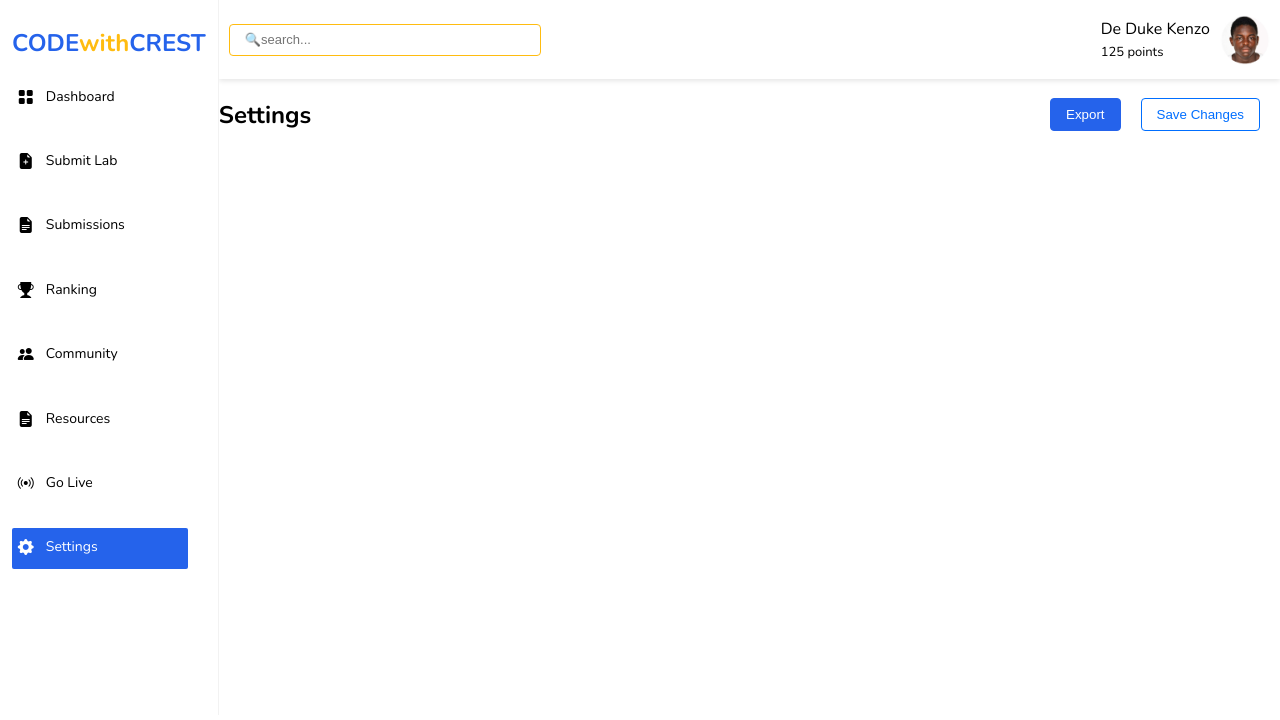
Repository: CarlTeclancing/codewithcrest
Page: /dashboard/settings
These files come from the project's save history. The page is drawn as it stood at one moment and after the next save; the edit follows.
The browser window is 1280 px wide. The pictures show the whole page.
The project was rebuilt for these pictures with package versions that can differ from the ones it lists, and the page was loaded fresh each time. Also part of the build but not shown: vite.config.js, src/pages/Dashboard/dashboard.css, globals.js, src/pages/Dashboard/Dashboard.jsx, src/pages/ranking/ranking.css, src/components/UserCard.jsx, src/pages/ranking/Ranking.jsx, src/components/GuideLines.jsx and 18 more.

Above is the page before, as saved 2025-09-10 14:19:57.

### index.html
<!doctype html>
<html lang="en">
  <head>
    <meta charset="UTF-8" />
    <link rel="icon" type="image/svg+xml" href="./src/assets/react.svg" />
    <meta name="viewport" content="width=device-width, initial-scale=1.0" />
    <title>CODEwithCREST</title>
    <link rel="stylesheet" href="https://cdn.jsdelivr.net/npm/bootstrap-icons@1.13.1/font/bootstrap-icons.min.css">
    <!-- fonts-->
     <link rel="preconnect" href="https://fonts.googleapis.com">
     <link rel="preconnect" href="https://fonts.gstatic.com" crossorigin>
     <link href="https://fonts.googleapis.com/css2?family=Nunito:ital,wght@0,200..1000;1,200..1000&display=swap" rel="stylesheet">
  </head>
  <body>
    <div id="root"></div>
    <script type="module" src="/src/main.jsx"></script>
  </body>
</html>

### src/main.jsx
import { StrictMode } from 'react'
import { createRoot } from 'react-dom/client'
import './index.css'
import App from './App.jsx'
import 'react-responsive-modal/styles.css';


createRoot(document.getElementById('root')).render(
  <StrictMode>
    <App/>
  </StrictMode>,
)

### src/index.css
:root {
  /* CSS variables */
   --primary-color: #5B0C4E;
   --primary-color-hover: #5b0c4edc;
   --bg-color: #FFFAFE;
   --bg-white: #ffffff;
   --text-color: #262626;
   --border-color: #93B4FD;
   --bg-tab: #DECADB;

   --pending: #EA5254;
   --completed: #3CDA7D;
   --in-progress: #F9BD3B;

   --primary-white-color: white;
   --primary-black-color: black;
   --primary-error-color: red;
 }

body{
  /* border: solid 1px blue; */
  margin: 0%;
  width: 100%;
  height: auto;
  /* display: flex; */
  /* justify-content: center; */
  font-family: "Nunito", sans-serif;
  font-optical-sizing: auto;
  font-weight: 400;
  font-style: normal;
  overflow-x: hidden;
}
/* .post{
  width: 80%;
  display: flex;
  flex-direction: row;
  flex-wrap: wrap;
  align-items: center;
  justify-content: center;
}
.individual-post{
  width: 500px;
  height: auto;
  background-color: rgba(0, 0, 0, 0.05);
  margin: 12px;
  padding: 24px;
  border-radius: 12px;
  border: 1px solid rgba(0, 0, 0, 0.05);
  color: black;
} */

### src/App.jsx
import React  from 'react'
import { createBrowserRouter, RouterProvider ,Route ,Routes } from 'react-router-dom'

import Dashboard from './pages/Dashboard/Dashboard.jsx'
import Ranking from './pages/ranking/Ranking.jsx'
import Submission from './pages/submission/Submission.jsx'

import SubmitLab from './pages/submitLab/SubmitLab.jsx'
import Community from './pages/community/Community.jsx'
import Resources from './pages/resources/Resources.jsx'
import Assistant from './pages/assistant/Assistant.jsx'
import Login from './pages/auths/login/Login.jsx'
import Register from './pages/auths/register/_Register.jsx'
import PersonalInfo from './pages/auths/register/PersonalInfoForm.jsx'
import Experience from './pages/auths/register/ExperienceForm.jsx'
import Program from './pages/auths/register/ProgramForm.jsx'
import { UserProvider } from './providers/userProvider.jsx'
import DashboardLayout from './Layout/DashboardLayout.jsx'
import Subscribe from './pages/subscribe/Subscribe.jsx'
import GoLive from './pages/golive/GoLive.jsx'
import Setting from './pages/settings/Setting.jsx'

function App() {

  const router = createBrowserRouter([
    {path:'/', element:<Login />},
    // No landing page
    // Auth pages
    {path:'/login',  index:true,element:<Login />},
    {path:'/register', element:<Register />},
    {path:'/personal-information', element:<PersonalInfo />},
    {path:'/program', element:<Program />},
    {path:'/experience', element:<Experience/>},

    // Subscribtion page
    {
      path:'/subscribe',
      element:<Subscribe/>
    },

    // Dashboard pages
    {
      path:'/dashboard',
      element:<DashboardLayout/>,
      children:[
        {
          index:true,
          element:<Dashboard/>
        },
        {path:'submissions', element:<Submission />},
        {path:'submitlab', element:<SubmitLab />},
        {path:'community', element:<Community />},
        {path:'ranking', element:<Ranking />},
        {path:'resources', element:<Resources />},
        {path:'golive', element:<GoLive />},
        {path:'settings', element:<Setting />},

      ]
    },

    // {path:'/ranking', element:<Ranking />},
    // {path:'/bugtracking', element:<BugTracking />},
    // {path:'/hello', element:<Hello />},
    // {path:'/assistant', element:<Assistant />}

  ]);

  return (
    <>
      <UserProvider>
        <RouterProvider router={router} />
      </UserProvider>
    </>
  )
}

export default App

const Temp = () => {
  return(
    <>
      testing temp comp
    </>
  )
}

### src/providers/userProvider.jsx
import React ,{createContext ,useState} from "react";


const UserContext = createContext()

export const UserProvider = ({children}) => {
    const [user ,setUser] = useState()

    return (<UserContext.Provider value={{user:user ,setUser:setUser}}  >{children}</UserContext.Provider>)
}

export default UserContext

### src/Layout/DashboardLayout.jsx
import React from "react";
import Sidebar from "../components/Sidebar";
import { Outlet } from "react-router-dom";
import Header from "../components/Header";
import '../styles/layout.css'


const DashboardLayout = () => {
    return(
        <React.Fragment>
            <div style={{border:'solid 0px blue',display:'flex' }}>
                <Sidebar/>

                <div style={{border:'solid 0px red' ,flex:1 ,display:'flex', flexDirection:'column'}}>
                    <div>
                        <Header/>
                    </div>
                    <div>
                        <Outlet/>
                    </div>
                </div>
            </div>

        </React.Fragment>
    )
}

export default DashboardLayout

### src/pages/settings/Setting.jsx
import React, {useState ,useEffect} from 'react'

function Setting() {
  return (
    <div>
         <div style={{display:'flex', justifyContent:'space-between'}}>
              <h2>Settings</h2>
              <div style={{display:'flex', alignItems:'center'}}>
                <button>
                    Export
                </button>
                <button className='btnl'>
                    Save Changes
                </button>
              </div>
        </div>

    </div>
  )
}

export default Setting

### src/pages/submitLab/submitlab.css
.labs-container{
    display: flex;
    flex-direction: column;
    padding: 0px 10px;
    gap: 15px;
}
.lab-info{
    display: flex;
    padding: 20px;
    border-radius: 10px;
    flex-direction: column;
    border: 1px solid rgba(168, 122, 5 ,0.5);
}
.headline{
    display: flex;
    align-items: center;
    justify-content: space-between;
    line-height: 0%;
}
.headline h3{
    /* font-size: x-large; */
    font-weight:800;
}
.bottom-line{
    display: flex;
    align-items: center;
    justify-content: space-between;
    font-size: small;
}
.points{
    font-size: small;
}
.hashtags{
    /* width: auto; */
    border: solid 1px rgba(0,0,255 ,0.3);
    padding: 10px;
    font-size: x-small;
    color: #006EFF;
    border-radius: 6px;
    background-color: #E3F2FD;
}
.inactive-btn{
    color: #2563EB;
    background-color: white;
    border: solid 1px #2563EB;
}
.deadline{
    color: #006EFF;
    margin-right: 25px;
}
.task{
    color: grey;
}
.form-group{
  display: flex;
  align-items:center;
  margin-bottom: 15px;
}
.form-group > div {
  flex: 1; /* Makes both fields take equal space */
  margin-right: 10px;
}
.form-group > div:last-child {
  margin-right: 0; /* Remove margin from the last child */
}
button{
    color: black;
    padding: 5px 8px;
    margin-right: 20px;
}
button:hover, .button.active{
  cursor: pointer;
  border-radius: 2px;
  color: white;
  border: 1px solid #2563EB;
  background-color: #2563EB;
}
.upload{
    padding: 20px;
    width: 60%;
    height: 160px;
    place-self: center;
    display: flex;
    margin: 25px 0;
    border-radius: 5px;
    flex-direction: column;
    text-align: center;
    align-items: center;
    justify-content: center;
    border: 1px dashed black;
}
.upload input{
    padding: 5px 8px;
    place-self: center;
}
.upload span{
 color: #959595;
 font-size: 10px;
}

th{
    color: #959595;
    font-weight: lighter;
    background-color: #E3F2FD;
}
td{
    padding: 8px 15px;
    font-size: 12px;
    font-weight: lighter;
}
.url{
    color: #006EFF;
}
.nav{
    width: 95%;
    display: flex;
    align-items: center;
    justify-content: space-between;
}
label, input::placeholder{
    font-size: 13px;
}
.btnl{
    color: #006EFF;
    background-color: white;
    border: 1px solid #006EFF;
}
.bar a{
    color: black;
    font-weight: 12px;
    margin-left: 25px;
    font-weight: lighter;
    text-decoration: none;
}

### src/pages/community/community.css
.community-page{
    display: flex;
    gap: 20px;
    /* padding-right: 20px; */
}
.form-post span{
    margin-right: 10px;
}
.left-side{
    /* width: 60%; */
    flex: 1;
    display: flex;
    /* margin-right: 20px; */
    flex-direction: column;
}
.right-side{
    width: 250px;
    display: flex;
    flex-direction: column;
    font-size: small;
    gap: 15px;
}
.firstline{
    display: flex;
    align-items: center;
}
.contributor-info{
    display: flex;
    flex-direction: column;
    /* border: solid 1px red; */
    padding: 0;
    margin: 0;
    line-height: normal;
}
.contributors img{
  width: 40px;
  height: 40px;
  background-color: rgba(0,0,0,0.2);
  border-radius: 50%;
  margin-right: 20px;
}
input{
    height: 23px;
}
textarea{
    height: 70px;
}
input, textarea{
    width:90%;
    outline: none;
    padding: 5px 10px;
    border-radius: 3px;
    border: 1px solid #959595;
}
.bottom{
    display: flex;
    align-items: center;
    justify-content: space-between;
}
.add a{
    color: #959595;
    margin-right: 15px;
    text-decoration: none;
}
.bottom button{
    color: white;
    padding: 8px 12px;
    border-radius: 6px;
    border: 1px solid #9b83fc;
    background-color: #9b83fc;
}
.trends{
    display: flex;
    justify-content: space-between;
}
.hashtag{
    color: #9b83fc;
}
.top-contributors{
    display: flex;
    flex-direction: column;
    gap: 7px;
}
.contributors, .top-contributors{
    margin: 0% !important;
}
.contributors{
    display: flex;
    align-items: center;
}
.contributor-point{
    color: #959595;
}
.suggestion{
    padding: 5px 10px;
    margin-bottom: 10px;
    border-radius: 4px;
    background-color: #f3f2f2;
}
.level-name{
    color: #16A34A;
}
.suggestion p, .level-point{
    color: #959595;
}
.post-profile{
    display: flex;
    padding: 10px 0px;
    align-items: center;
    gap: 5px;
}
.form-post{
    padding: 0px 20px;
    border-radius: 3px;
    margin-bottom: 10px;
    border: 1px solid #959595;
}
.post-profile img{
    width: 45px;
    height: 45px;
    background-color: rgba(0,0,0,0.2);
    border-radius: 20px;
}
.post-profile .name{
    font-weight: bold;
}
.post-profile .time{
    font-size: small;
    color: grey;
}
.post-profile-info{
    display: flex;
    flex-direction: column;
}

### src/pages/resources/resource.css
button{
  color: white;
  padding: 8px 15px;
  border-radius: 4px;
  background-color: #2563EB;
  border: 1px solid #2563EB;
}
.library{
    display: flex;
    padding: 10px;
    border-radius: 5px;
    flex-direction: column;
    border: 1px solid rgba(0,0,0,0.2);
}
.nav-link{
    display: flex;
    align-items: center;
    justify-content: space-between;
}
.nav-link a, .bln{
    padding: 5px 10px;
    color: black;
    text-decoration: none;
    border-radius: 5px;
    background-color: #f0efef;
}
.nav-link a:hover{
    color: white;
    background-color: #2563EB;
}
.nav{
    display: flex;
    width: 40%;
    flex-direction: left;
}
.resource-block{
    /* width: 100%; */
    display: flex;
    overflow: hidden;
    justify-content: space-between;
}
.resource-box{
    min-width: 275px;
    height: 150px;
    padding: 0px 15px;
    /* margin-right: 15px; */
    border-radius: 5px;
    /* margin-bottom: 10px; */
    border: 1px solid rgba(0,0,0,0.2);
}
.left-block{
    /* width: 73%; */
    flex: 1;
    /* border: solid 1px red; */
    display: flex;
    gap: 10px;
    row-gap: 0px;
    flex-wrap: wrap;
}
.right-block{
 width: 200px;
 font-size: small;
 display: flex;
 flex-direction: column;
 gap: 10px;
}
.right-bar{
 padding:10px 15px;
 border-radius: 5px;
 border: 1px solid rgba(0,0,0,0.2);
}
.post-profile-info .name{
    margin: 0%;
}
.headline{
    display: flex;
    justify-content: space-between;
    gap: 20px;
}
.headline span{
    /* text-align: center; */
}
.top-value{
    color: #2563EB;
}
.quote{
    color: #2563EB;
    margin-top: 25px;
    padding:10px 15px;
    text-align: center;
    border-radius: 5px;
    background-color: #cce0f4;
    border: 1px solid #2563EB;
}
.goal{
    color: #2563EB;
    text-align: center;
    font-weight: bolder;
}
.weekly{
    text-align: center;
}
.weekly progress{
    background-color: #FFBC10;
}
.weekly progress::-webkit-progress-value {
  background-color: #FFBC10;
  border-radius: 10px;
  height: 8px;
}
.column{
    padding: 5px 10px;
    border-radius: 10px;
    margin-bottom: 10px;
    border-left: 3px solid #FFBC10;
    background-color: #d7e6f5;
}
.column h4{
    margin: 7px;
}
.column p{
    margin: 0%;
    font-size: 12px;
    line-height: 17px;
}
.p{
    color: #959595;
}
.assistant{
    display: flex;
    flex-direction: column;
}
.assistant h1, .assistant p{
    text-align: center;
}
.assistant h1{
    margin: 0%;
}
.assist{
    width: 60%;
    display: flex;
    margin-top: 40px;
    place-self: center;
    flex-direction: column;
}
.box-suggest{
    /* border:solid 1px red; */
    width: 100%;
    display: flex;
    flex-wrap: wrap;
    align-items: center;
    gap: 10px;
    justify-content: space-evenly;
}
.suggest{
    cursor: pointer;
    padding: 20px;
    font-size: smaller;
    color: #2563EB;
    text-align: center;
    border-radius: 5px;
    font-weight: bold;
    border: 1px solid #c3c3c3;
}

### src/components/Sidebar.jsx
import React from 'react'
import { Link  ,useLocation } from 'react-router-dom'
import '../styles/sideBarStyles.css'


function Sidebar() {

   const location = useLocation()

   return (
    <div className='sidebar-admin'>
         <h2 className="logo p-10"><span>CODE</span>with<span>CREST</span></h2>
         <div className="navbar p-10">
               <Link className={`section ${location.pathname === "/dashboard" ? "active" : ""}`} to="/dashboard" >
                  <i className="bi bi-grid-fill"></i>
                  <span className='nav-element'>Dashboard</span>

               </Link>
               <Link className={`section ${location.pathname === "/dashboard/submitlab" ? "active" : ""}`} to="/dashboard/submitlab">
                  <i class="bi bi-file-earmark-plus-fill"></i>
                  <span className='nav-element'>Submit Lab</span>
               </Link>
               <Link className={`section ${location.pathname === "/dashboard/submissions" ? "active" : ""}`} to="/dashboard/submissions">
                  <i class="bi bi-file-earmark-text-fill"></i>
                  <span className='nav-element'>Submissions</span>
               </Link>
               <Link className={`section ${location.pathname === "/dashboard/ranking" ? "active" : ""}`} to="/dashboard/ranking">
                  <i class="bi bi-trophy-fill"></i>
                  <span className='nav-element'>Ranking</span>
               </Link>
               <Link className={`section ${location.pathname === "/dashboard/community" ? "active" : ""}`} to="/dashboard/community">
                  <i class="bi bi-people-fill"></i>
                  <span className='nav-element'>Community</span>
               </Link>
               <Link className={`section ${location.pathname === "/dashboard/resources" ? "active" : ""}`} to="/dashboard/resources">
                  <i class="bi bi-file-earmark-text-fill"></i>
                  <span className='nav-element'>Resources</span>
               </Link>
               <Link className={`section ${location.pathname === "/dashboard/golive" ? "active" : ""}`} to="/dashboard/golive">
                  <i class="bi bi-broadcast"></i>
                  <span className='nav-element'>Go Live</span>
               </Link>
               <Link className={`section ${location.pathname === "/dashboard/settings" ? "active" : ""}`} to="/dashboard/settings">
                  <i class="bi bi-gear-fill"></i>
                  <span className='nav-element'>Settings</span>
               </Link>
         </div>

      </div>
  )
}

export default Sidebar

### src/components/Header.jsx
import React ,{useState ,useEffect} from 'react'
// import  './layout.css'
import Img1 from '../assets/img1.jpg'


function Header() {

  const [showMenu ,setShowMenu] = useState(false)

  useEffect(()=>{
    if(window.innerWidth <= 500){
      setShowMenu(true)
    }
  },[window.innerWidth])
  console.log(showMenu);


  return (
    <div className='head'>
      {/* {showMenu && <div>
          <span className='bi bi-menu'>🍺</span>
      </div>} */}

      {/* <h2 className="logo"><span>CODE</span>with<span>CREST</span></h2> */}
        <div>
          <span style={{display:'flex', alignItems:'center'}}>
            <input type="text"  className='search' placeholder='🔍search...  '/>
          </span>
        </div>

        <div className="profile" style={{cursor:'pointer'}}>
            <p className='name'>De Duke Kenzo<br/><span className='points'>125 points</span></p>
            <img src={Img1} alt="" />
        </div>
    </div>
  )
}

export default Header

### src/styles/layout.css
.guidelines{
  /* border: solid 1px cyan; */
  padding: 5px;
}
.guide{
  width: 250px;
  border-radius: 10px;
  font-size: small;
  border: 1px solid #93B4FD;
  background-color: #F0F9FF;
  padding:10px;
  display: flex;
  flex-direction: column;
  color: grey;
}
.guide h3{
  color: black;
  /* line-height: normal; */
}
.guide ul{
  list-style: none;
}
.guide-container{
  /* width: 100%; */
  display: flex;
  flex-wrap: wrap;
  gap: 15px;
  /* justify-content: space-between; */
}
.guide-container div:first-child{
  border-left: 4px solid var(--primary-color);
}
.guide-container div:nth-child(2){
  border-left: 4px solid var(--primary-error-color);
  /* margin-left: 12px; */
}
.guide-container div:nth-child(3){
  border-left: 4px solid var(--completed);
  /* margin-left: 12px; */
}

.nav-element{
  margin-left: 12px;
  font-size: 14px;
  width: 100%;
}

.head{
  padding: 10px;
  height:59px;
  /* width: 98%; */
  display: flex;
  align-items: center;
  justify-content: space-between !important;
  background-color: #ffffff;
  box-shadow: 0 2px 5px rgba(0, 0, 0, 0.1);
}

.icon{
  margin-right: 10px;
}
.search{
  width: 280px;
  height: 30px;
  outline: none;
  border-radius: 4px;
  border: 1px solid #FFBC10;
  padding: 0 15px;
}
.profile{
  display: flex;
  align-items: center;
}
.profile img{
  width: 50px;
  border-radius: 50%;
  margin-left: 10px;
}

.dashboard-container{
  padding: 10px;
  padding-bottom: 50px;
  /* border: solid 1px green; */
  overflow: auto;
  display: flex;
  flex-direction: column;
  gap: 20px;
}

### src/styles/sideBarStyles.css
.sidebar-admin{
  top: 0;
  max-width: 200px;
  display: flex;
  padding: 12px;
  flex-direction: column;
  background-color: #ffffff;
  scroll-behavior: smooth;
  border-right: solid 1px rgba(0,0,0,0.05);
  /* border: solid 1px red; */
  position: sticky;
  height: 96vh;
}
.sidebar-admin a{
  text-decoration: none;
  color: black;
  margin-bottom: 20px;
  background-color: rgba(255, 255, 255, 0.527);
  border-radius: 3px;
  transition: 0.3s, color 0.3s;
  display: flex;
}
.navbar{
  display: flex;
  flex-direction: column;
  justify-content: space-between;
}
.logo{
 margin:0px;
 font-weight: bolder;
 color: #FFBC10;
 line-height: normal;
 padding: 15px 0px;
}
.logo span{
  color: #2563EB;
}
.section{
  margin: 3px 0;
  width: 85%;
  padding: 5% 3%;
  border-radius: 2px;
}
.section:hover, .section.active{
  cursor: pointer;
  border-radius: 2px;
  color: white;
  background-color: #2563EB;
}

@media screen and (max-width:500px) {
.sidebar-admin{
  border: solid 1px red;
  padding: 0px;
  max-width: 0px;
  overflow: hidden;
}

}

After the next save:
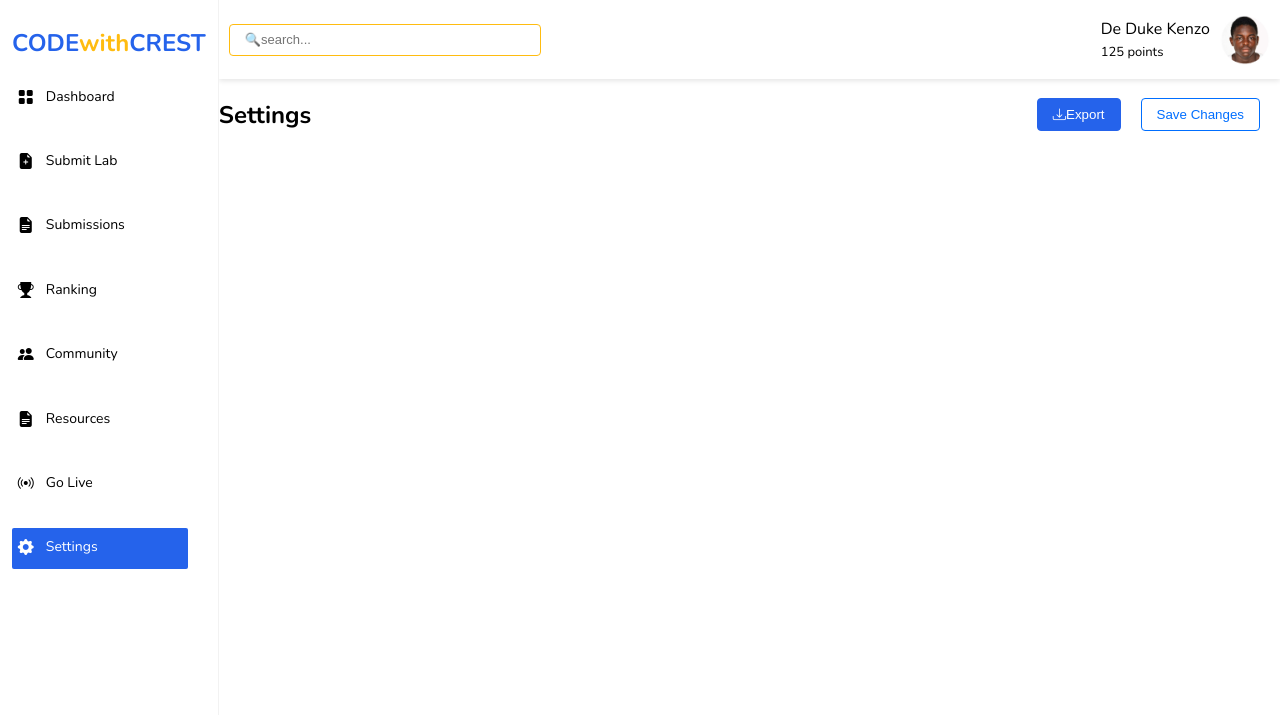
Saved 60 s later.
--- a/src/pages/settings/Setting.jsx
+++ b/src/pages/settings/Setting.jsx
@@ -7,6 +7,7 @@ function Setting() {
               <h2>Settings</h2>
               <div style={{display:'flex', alignItems:'center'}}>
                 <button>
+                    <i class="bi bi-download"></i>
                     Export
                 </button>
                 <button className='btnl'>
